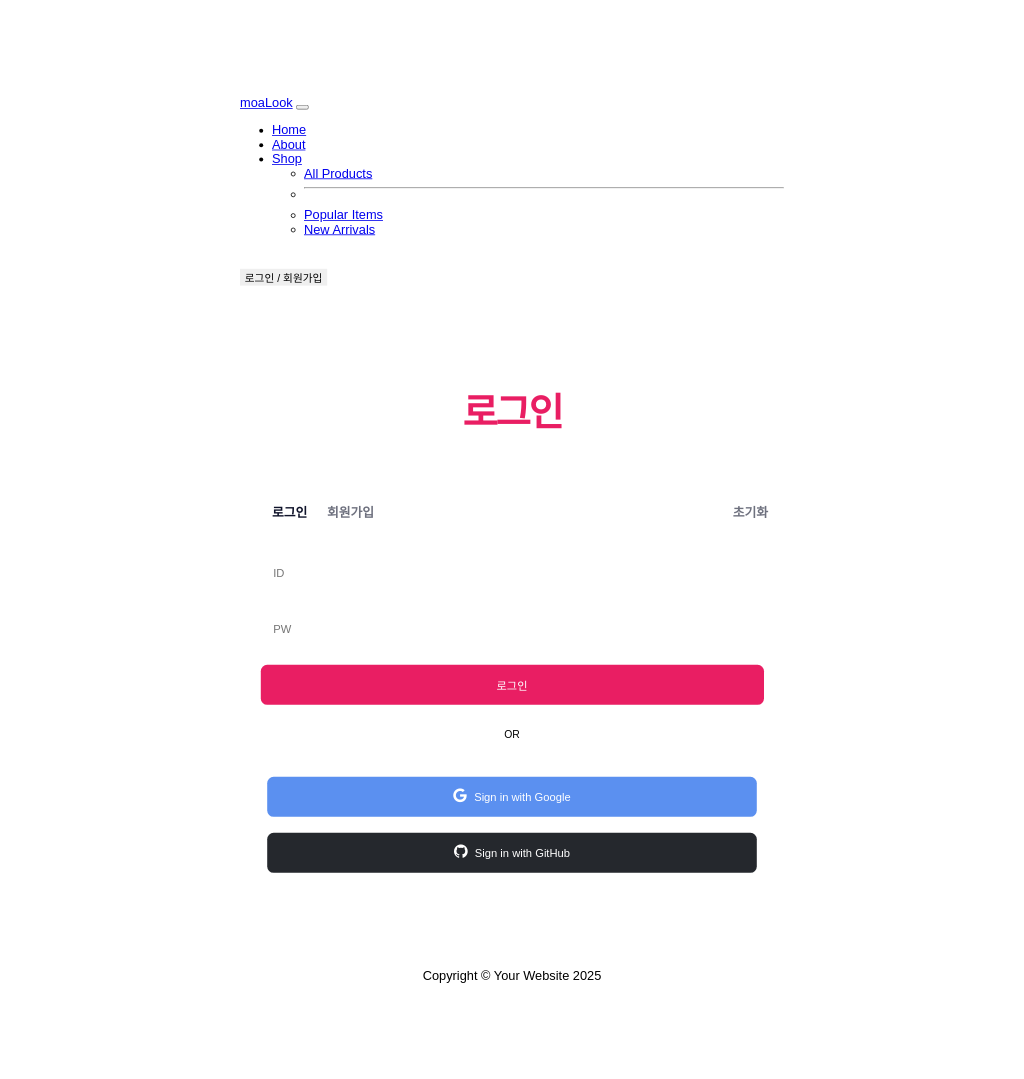
Repository: min7385/2025_moaLook_project
Page: http://localhost/moaLook/WEB-INF/views/member/registView.jsp
The author's editor kept a copy of each file at every save. The page is drawn from the files as they stood at one save, then again after the next save.
The browser window is 1280 px wide. The pictures show the whole page, at 80% of full size.
The page is served by Tomcat 9. Nobody is signed in. Other server files are loaded and not shown. The template is opened directly, without the code that normally fills it, so the values that code supplies are empty.

Above is the page before, as saved 2025-04-11 03:07:07.

### moaLook/src/main/webapp/WEB-INF/views/member/registView.jsp
<%--
/**
 * <pre>
 * 1. 프로젝트명 : moa Look
 * 2. 작성일 : 2025. 4. 8. 오후 12:52:07
 * 3. 작성자 : Kmh
 * 4. 화면ID :
 * 5. 화면명 : 회원가입 화면
 * 6. 설명 : 회원가입 화면
 * </pre>
 */
--%>
<%@ taglib uri="http://java.sun.com/jsp/jstl/core" prefix="c" %>
<%@ page language="java" contentType="text/html; charset=UTF-8" pageEncoding="UTF-8"%>
<!DOCTYPE html>
<html>
<head>
	<meta charset="UTF-8">
	<title>회원가입</title>

	<script src="https://code.jquery.com/jquery-3.6.0.min.js"></script>
	<!-- 정적 리소스 연결 (CSS 등) -->
 	<link rel="stylesheet" href="${pageContext.request.contextPath}/resources/css/registView.css">
  	<link rel="stylesheet" href="https://cdnjs.cloudflare.com/ajax/libs/font-awesome/4.7.0/css/font-awesome.min.css">

</head>
<body>

	<jsp:include page="/WEB-INF/inc/top.jsp"></jsp:include>

	<div class="container">
		<!-- Heading -->
		<h1>로그인</h1>

		<!-- Links -->
		<ul class="links">
			<li><a href="#" id="signin">로그인</a></li>
			<li><a href="#" id="signup">회원가입</a></li>
			<li><a href="#" id="reset">초기화</a></li>
		</ul>

		<!-- Form -->
		<form action="${pageContext.request.contextPath}/registDo" method="post">
			<!-- email input -->
			<div class="first-input input__block first-input__block">
				<input type="text" placeholder="ID" class="input" id="id" name="id" required />
			</div>
			<!-- password input -->
			<div class="input__block">
				<input type="password" placeholder="PW" class="input" id="pw" name="pw" required />
			</div>
			<!-- repeat password input -->
			<div class="input__block">
				<input type="text" placeholder="닉네임" class="input" id="name" name="name" style="display: none; opacity: 0;" />
			</div>
			<!-- sign in button -->
			<button type="submit" class="signin__btn">로그인</button>
		</form>

		<!-- separator -->
		<div class="separator">
			<p>OR</p>
		</div>

		<!-- social buttons -->
		<button class="google__btn">
			<i class="fa fa-google"></i>
			Sign in with Google
		</button>
		<button class="github__btn">
			<i class="fa fa-github"></i>
			Sign in with GitHub
		</button>
	</div>

	<jsp:include page="/WEB-INF/inc/footer.jsp"></jsp:include>

	<!-- JS 파일 -->
	<script src="${pageContext.request.contextPath}/resources/js/registView.js"></script>

</body>
</html>

### moaLook/src/main/webapp/WEB-INF/inc/top.jsp
<%--
/**
 * <pre>
 * 1. 프로젝트명 : moaLook
 * 2. 작성일 : 2025. 4. 11. 오전 11:45:51
 * 3. 작성자 : kmh
 * 4. 화면ID :
 * 5. 화면명 : top
 * 6. 설명 : 각 페이지의 공통된 top
 * </pre>
 */
--%>
<%@ taglib uri="http://java.sun.com/jsp/jstl/core" prefix="c" %>
<%@ page language="java" contentType="text/html; charset=UTF-8" pageEncoding="UTF-8"%>
<!-- Navigation-->
        <nav class="navbar navbar-expand-lg navbar-light bg-light">
            <div class="container px-4 px-lg-5">
                <a class="navbar-brand" href="#!">moaLook</a>
                <button class="navbar-toggler" type="button" data-bs-toggle="collapse" data-bs-target="#navbarSupportedContent" aria-controls="navbarSupportedContent" aria-expanded="false" aria-label="Toggle navigation"><span class="navbar-toggler-icon"></span></button>
                <div class="collapse navbar-collapse" id="navbarSupportedContent">
                    <ul class="navbar-nav me-auto mb-2 mb-lg-0 ms-lg-4">
                        <li class="nav-item"><a class="nav-link active" aria-current="page" href="#!">Home</a></li>
                        <li class="nav-item"><a class="nav-link" href="#!">About</a></li>
                        <li class="nav-item dropdown">
                            <a class="nav-link dropdown-toggle" id="navbarDropdown" href="#" role="button" data-bs-toggle="dropdown" aria-expanded="false">Shop</a>
                            <ul class="dropdown-menu" aria-labelledby="navbarDropdown">
                                <li><a class="dropdown-item" href="#!">All Products</a></li>
                                <li><hr class="dropdown-divider" /></li>
                                <li><a class="dropdown-item" href="#!">Popular Items</a></li>
                                <li><a class="dropdown-item" href="#!">New Arrivals</a></li>
                            </ul>
                        </li>
                    </ul>
                    <form class="d-flex">
						<button type="button" class="btn btn-outline-dark" style="border: none;" onclick="location.href='${pageContext.request.contextPath}/registView'">로그인 / 회원가입</button>
                    </form>
                </div>
            </div>
        </nav>

### moaLook/src/main/webapp/WEB-INF/inc/footer.jsp
<%--
/**
 * <pre>
 * 1. 프로젝트명 : moaLook
 * 2. 작성일 : 2025. 4. 11. 오전 11:49:45
 * 3. 작성자 : kmh
 * 4. 화면ID :
 * 5. 화면명 : footer
 * 6. 설명 : 각 페이지의 공통된 footer
 * </pre>
 */
--%>
<%@ taglib uri="http://java.sun.com/jsp/jstl/core" prefix="c" %>
<%@ page language="java" contentType="text/html; charset=UTF-8" pageEncoding="UTF-8"%>
<!-- footer -->
<footer class="py-5 bg-dark">
    <div class="container">
    	<p class="m-0 text-center text-white">Copyright &copy; Your Website 2025</p>
<!-- 		<p>Thank you for watching
			<i class="fa fa-heart"></i>
			<i class="fa fa-heart"></i>
			<i class="fa fa-heart"></i>
		</p>
		<p>Chouaib Blgn :
			<a href="https://www.facebook.com/chouaib45"><i class="fa fa-facebook"></i></a>
			<a href="http://instagram.com/chouaib_blgn"><i class="fa fa-instagram"></i></a>
		</p> -->
	</div>
</footer>

### moaLook/src/main/webapp/resources/css/registView.css
@charset "UTF-8";
body{
  font-family: 'Montserrat', sans-serif;
  background:white;
}

.container{
  display:block;
  max-width:680px;
  width:80%;
  margin:120px auto;
}

h1{
  color:#e91e63;
  font-size:48px;
  letter-spacing:-3px;
  text-align:center;
  margin:120px 0 80px 0 ;
  transition:.2s linear;
}

.links{
  list-style-type:none;
  li{
     display:inline-block;
     margin:0 20px 0 0;
     transition:.2s linear;
     &:nth-child(2){
        opacity : .6;
        &:hover{
           opacity : 1;
        }
     }
     &:nth-child(3){
        opacity : .6;
        float:right;
         &:hover{
           opacity : 1;
         }
     }
     a{
        text-decoration:none;
        color:#0f132a;
        font-weight:bolder;
        text-align:center;
        cursor : pointer;
     }
   }
}


form{
  width:100%;
  max-width:680px;
  margin:40px auto 10px;
  .input__block{
     margin:20px auto;
     display:block;
     position:relative;
     &.first-input__block{
        &::before{
          content:"";
          position:absolute;
          top:-15px;
          left:50px;
          display:block;
          width:0;
          height:0;
        background:transparent;
          border-left:15px solid transparent;
          border-right:15px solid transparent;
          border-bottom:15px solid rgba(#0f132a,.1);
          transition:.2s linear;
        }
     }
     &.signup-input__block{
      &::before{
        content:"";
        position:absolute;
        top:-15px;
        left:150px;
        display:block;
        width:0;
        height:0;
        background:transparent;
        border-left:15px solid transparent;
        border-right:15px solid transparent;
        border-bottom:15px solid rgba(#0f132a,.1);
        transition:.2s linear;
        }
     }
     input{
        display:block;
        width:90%;
        max-width:680px;
        height:50px;
        margin:0 auto;
        border-radius:8px;
        border:none;
        background: rgba(#0f132a,.1);
        color : rgba(#0f132a,.3);
        padding:0 0 0 15px;
        font-size:14px;
        font-family: 'Montserrat', sans-serif;
        &:focus,
        &:active{
          outline:none;
          border:none;
          color : rgba(#0f132a,1);
        }
       &.repeat__password{
         opacity : 0;
         display : none;
         transition:.2s linear;
       }
     }
  }

  .signin__btn{
     background:#e91e63;
     color:white;
     display:block;
     width:92.5%;
     max-width:680px;
     height:50px;
     border-radius:8px;
     margin:0 auto;
     border:none;
     cursor:pointer;
     font-size:14px;
     font-family: 'Montserrat', sans-serif;
     box-shadow:0 15px 30px rgba(#e91e63,.36);
    transition:.2s linear;
    &:hover{
      box-shadow:0 0 0 rgba(#e91e63,.0);
    }
  }
}

.separator{
  display:block;
  margin:30px auto 10px;
  text-align:center;
  height:40px;
  position:relative;
  background:transparent;
  color: rgba(#0f132a,.4);
  font-size:13px;
  width:90%;
  max-width:680px;
  &::before{
    content:"";
    position:absolute;
    top:8px;
    left:0;
    background: rgba(#0f132a,.2);
    height:1px;
    width:45%;
  }
  &::after{
    content:"";
    position:absolute;
    top:8px;
    right:0;
    background: rgba(#0f132a,.2);
    height:1px;
    width:45%;
  }
}

.google__btn,
.github__btn{
   display:block;
   width:90%;
   max-width:680px;
   margin:20px auto;
   height:50px;
   cursor:pointer;
   font-size:14px;
   font-family: 'Montserrat', sans-serif;
   border-radius:8px;
   border:none;
   line-height:40px;
   &.google__btn{
      background:#5b90f0;
      color:white;
      box-shadow:0 15px 30px rgba(#5b90f0,.36);
      transition:.2s linear;
      .fa{
          font-size:20px;
          padding:0 5px 0 0 ;
      }
     &:hover{
       box-shadow:0 0 0 rgba(#5b90f0,.0);
     }
   }
   &.github__btn{
      background:#25282d;
      color:white;
      box-shadow:0 15px 30px rgba(#25282d,.36);
      transition:.2s linear;
      .fa{
          font-size:20px;
          padding:0 5px 0 0 ;
      }
     &:hover{
       box-shadow:0 0 0 rgba(#25282d,.0);
     }
   }
}

footer{
  p{
    text-align:center;
    .fa{
      color: #e91e63;
    }
    a{
      text-decoration:none;
      font-size:17px;
      margin:0 5px;
      .fa-facebook{
         color:#3b5998;
      }
      .fa-twitter{
         color:#1da1f2;
      }
      .fa-instagram{
        color:#f77737;
      }
      .fa-linkedin{
        color:#0077b5;
      }
      .fa-behance{
        color:#1769ff;
      }
    }

  }
}

Loaded but not shown: moaLook/src/main/webapp/resources/css/styles.css (library); moaLook/src/main/webapp/resources/css/top.css (common file); moaLook/src/main/webapp/resources/js/registView.js (no copy from this time; the picture is the same without it)

After the next save:
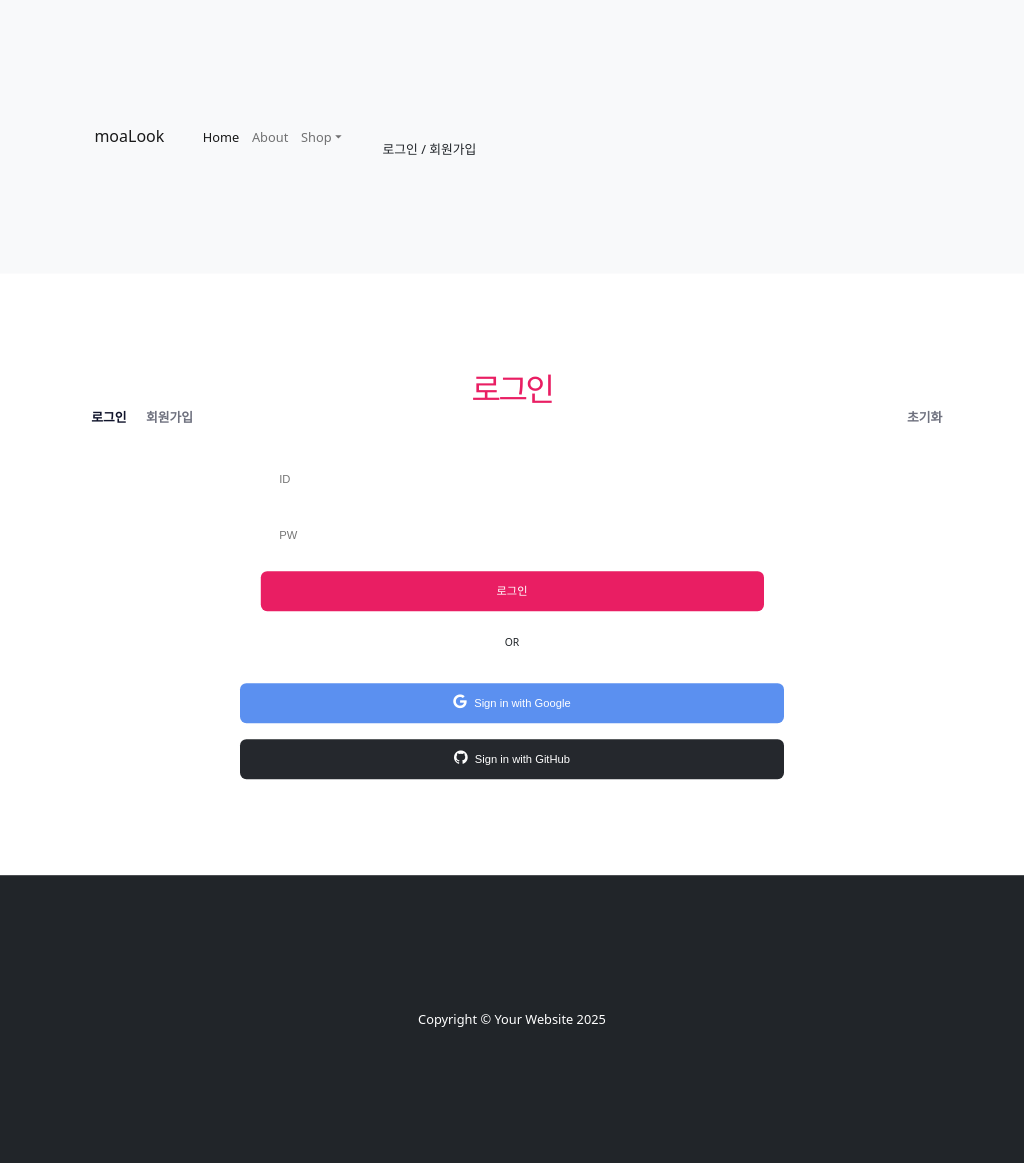
Saved 5 min 40 s later.
--- a/moaLook/src/main/webapp/WEB-INF/views/member/registView.jsp
+++ b/moaLook/src/main/webapp/WEB-INF/views/member/registView.jsp
@@ -21,6 +21,7 @@
 	<script src="https://code.jquery.com/jquery-3.6.0.min.js"></script>
 	<!-- 정적 리소스 연결 (CSS 등) -->
  	<link rel="stylesheet" href="${pageContext.request.contextPath}/resources/css/registView.css">
+ 	<link rel="stylesheet" href="${pageContext.request.contextPath}/resources/css/styles.css">
   	<link rel="stylesheet" href="https://cdnjs.cloudflare.com/ajax/libs/font-awesome/4.7.0/css/font-awesome.min.css">
 
 </head>

After the 2 saves that followed:
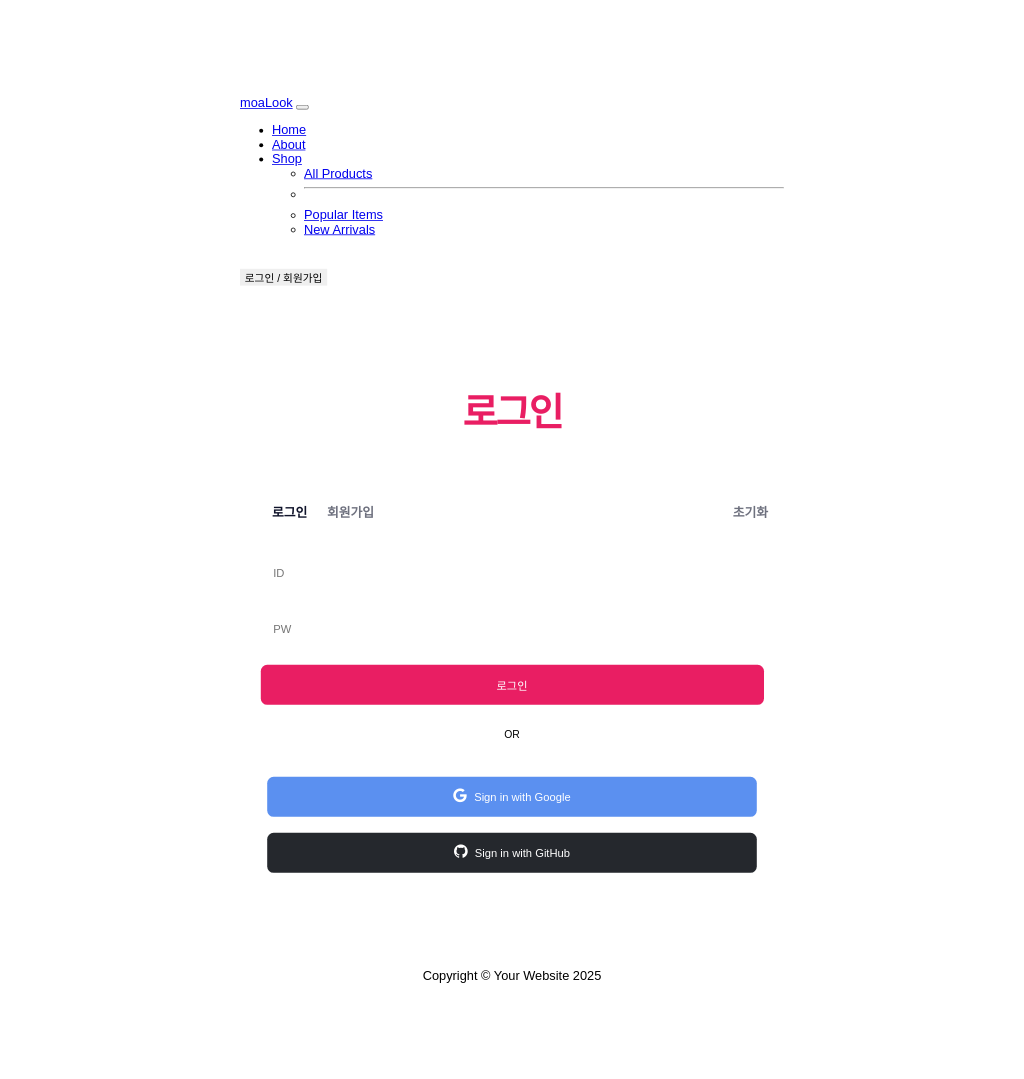
The 2 saves are shown as one change because 1 left the picture as it was.
The last was saved 57 s later.
--- a/moaLook/src/main/webapp/WEB-INF/views/member/registView.jsp
+++ b/moaLook/src/main/webapp/WEB-INF/views/member/registView.jsp
@@ -21,7 +21,7 @@
 	<script src="https://code.jquery.com/jquery-3.6.0.min.js"></script>
 	<!-- 정적 리소스 연결 (CSS 등) -->
  	<link rel="stylesheet" href="${pageContext.request.contextPath}/resources/css/registView.css">
- 	<link rel="stylesheet" href="${pageContext.request.contextPath}/resources/css/styles.css">
+ 	<link rel="stylesheet" href="${pageContext.request.contextPath}/resources/css/top.css">
   	<link rel="stylesheet" href="https://cdnjs.cloudflare.com/ajax/libs/font-awesome/4.7.0/css/font-awesome.min.css">
 
 </head>
